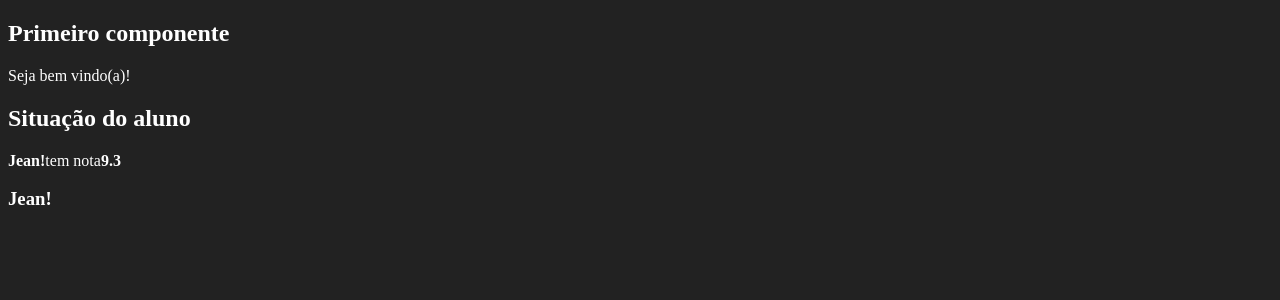
Repository: jean-siqueira/fundamentos-react
Page: /
The author's editor kept a copy of each file at every save. The page is drawn from the files as they stood at one save, then again after the next save.
The browser window is 1280 px wide. The pictures show the whole page.
The project was rebuilt for these pictures with package versions that can differ from the ones it lists, and the page was loaded fresh each time.

Above is the page before, as saved 2023-03-04 11:15:56.

### src/index.js
import './index.css'
import ReactDOM from 'react-dom'
import React from 'react'

import Primeiro from './components/basicos/Primeiro'
import ComParametro from './components/basicos/ComParametro'

const tag = <strong>Olá React</strong>


ReactDOM.render(
    <div>
        <Primeiro></Primeiro>
        <ComParametro
            titulo="Situação do aluno"
            aluno="Jean!"
            nota={9.3}/>
    </div>,
    document.getElementById('root'))

### src/components/basicos/Primeiro.js

import React from "react"

export default function Primeiro() {

    const msg = 'Seja bem vindo(a)!'

    return (
        <div>
            <h2>Primeiro componente</h2>
            <p>  {msg} </p>
        </div>
    )

}

### src/components/basicos/ComParametro.jsx
import React from "react"

export default function ComParametro(props) {
    console.log(props)
    return (
        <div>
            <h2>{ props.titulo }</h2>
            <p>
                <strong>{ props.aluno }</strong>
                tem nota
                <strong>{ props.nota }</strong>
            </p>
            <h3>{ props.aluno }</h3>
        </div>
    )
}

Loaded but not shown: public/index.html (common file); src/index.css (common file)

After the next save:
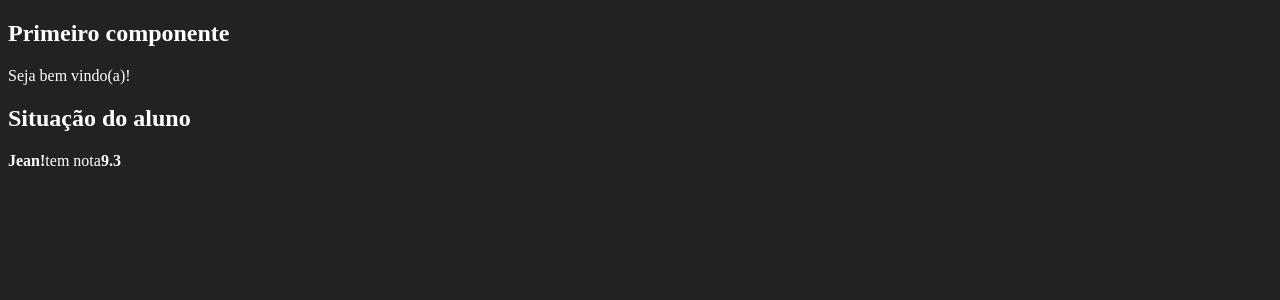
Saved 34 s later.
--- a/src/components/basicos/ComParametro.jsx
+++ b/src/components/basicos/ComParametro.jsx
@@ -10,7 +10,6 @@ export default function ComParametro(props) {
                 tem nota
                 <strong>{ props.nota }</strong>
             </p>
-            <h3>{ props.aluno }</h3>
         </div>
     )
 }
